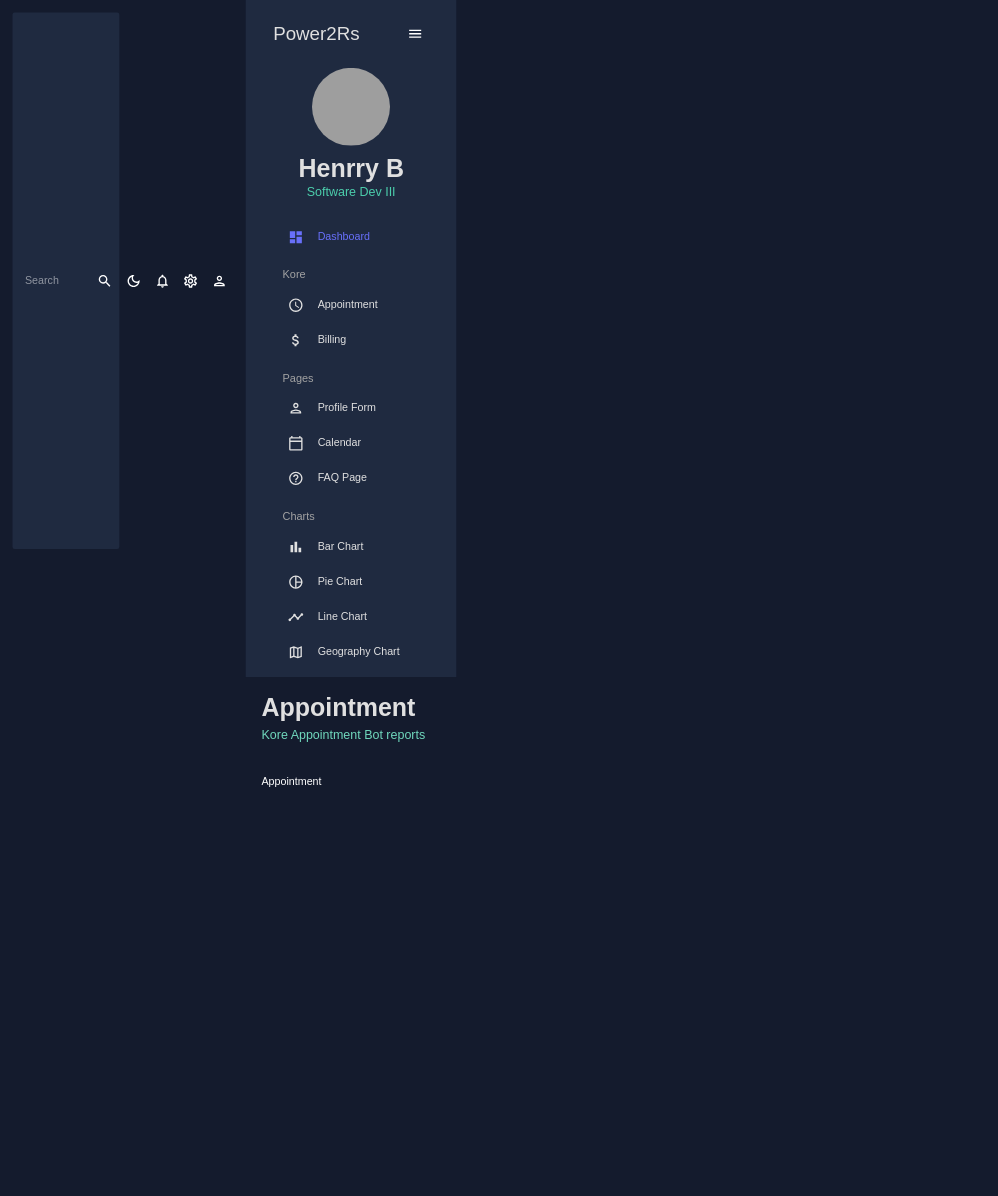
Repository: HenrryWith2Rs/reporthub
Page: /kore/appt (app in ui/)
The author's editor kept a copy of each file at every save. The page is drawn from the files as they stood at one save, then again after the next save.
The browser window is 1280 px wide. The pictures show the whole page, at 78% of full size.
Pictures or frames that could not be fetched are drawn as grey boxes. The project was rebuilt for these pictures with package versions that can differ from the ones it lists, and the page was loaded fresh each time. Also part of the build but not shown: ui/vite.config.ts, ui/src/data/mockData.ts, ui/src/components/LineChart.tsx, ui/src/data/mockGeoFeatures.ts, ui/src/components/GeographyChart.tsx, ui/src/data/dataParser.ts, ui/src/components/BarChart.tsx, ui/src/components/ProgressCircle.tsx and 7 more.

Above is the page before, as saved 2023-12-06 14:53:12.

### ui/src/App.tsx
import { Routes, Route } from 'react-router-dom';
import ThemeRegistry from './ThemeRegistry/ThemeRegistry';
import Topbar from './scenes/global/Topbar';
import Sidebar from './scenes/global/Sidebar';
import Dashboard from './scenes/dashboard';
import Appointment from './scenes/appointment';
import Bar from './scenes/bar';
import Pie from './scenes/pie';
import Line from './scenes/line';
import Geography from './scenes/geography';

function App() {
  return (
    <ThemeRegistry>
      <div className="app">
        <Topbar />
        <main className="content">
          <Sidebar />
          <Routes>
            <Route path="/" element={<Dashboard />} />
            <Route path="/kore/appt" element={<Appointment />} />
            <Route path="/bar" element={<Bar />} />
            <Route path="/pie" element={<Pie />} />
            <Route path="/line" element={<Line />} />
            <Route path="/geography" element={<Geography />} />
          </Routes>
        </main>
      </div>
    </ThemeRegistry>
  );
}

export default App;

### ui/src/index.css
@import url('https://fonts.googleapis.com/css2?family=Poppins:wght@300;400;500;600&family=Source+Code+Pro:wght@400;600;700&display=swap');

html,
body,
#root,
.app,
.content {
  height: 100%;
  width: 100%;
  font-family: 'Source Sans Pro', sans-serif;
}

.app {
  display: flex;
  position: relative;
}

::-webkit-scrollbar {
  width: 10px;
}

/* Track */
::-webkit-scrollbar-track {
  background: #e0e0e0;
}

/* Handle */
::-webkit-scrollbar-thumb {
  background: #888;
}

/* Handle on hover */
::-webkit-scrollbar-thumb:hover {
  background: #555;
}

### ui/src/ThemeRegistry/ThemeRegistry.tsx
import { ThemeProvider, CssBaseline } from '@mui/material';
import { ColorModeContext, useMode } from './theme';

export default function ThemeRegistry({
  children,
}: {
  children: React.ReactNode;
}) {
  const [theme, colorMode] = useMode();
  return (
    <ColorModeContext.Provider value={colorMode}>
      <ThemeProvider theme={theme}>
        {/* CssBaseline kickstart an elegant, consistent, and simple baseline to build upon. */}
        <CssBaseline />
        {children}
      </ThemeProvider>
    </ColorModeContext.Provider>
  );
}

### ui/src/scenes/global/Topbar.tsx
import { Box, IconButton, useTheme } from '@mui/material';
import { useContext } from 'react';
import { ColorModeContext, tokens } from '../../ThemeRegistry/theme';
import InputBase from '@mui/material/InputBase';
import LightModeOutlinedIcon from '@mui/icons-material/LightModeOutlined';
import DarkModeOutlinedIcon from '@mui/icons-material/DarkModeOutlined';
import NotificationsOutlinedIcon from '@mui/icons-material/NotificationsOutlined';
import SettingsOutlinedIcon from '@mui/icons-material/SettingsOutlined';
import PersonOutlinedIcon from '@mui/icons-material/PersonOutlined';
import SearchIcon from '@mui/icons-material/Search';

const Topbar = () => {
  const theme = useTheme();
  const colors = tokens(theme.palette.mode);
  const colorMode = useContext(ColorModeContext);

  return (
    <Box display="flex" justifyContent="space-between" p={2}>
      {/* SEARCH BAR */}
      <Box
        sx={{
          display: 'flex',
          backgroundColor: colors.primary[400],
          borderRadius: '3px',
        }}
      >
        <InputBase sx={{ ml: 2, flex: 1 }} placeholder="Search" />
        <IconButton type="button" sx={{ p: 1 }}>
          <SearchIcon />
        </IconButton>
      </Box>

      {/* ICONS */}
      <Box display="flex">
        <IconButton onClick={colorMode.toggleColorMode}>
          {theme.palette.mode === 'dark' ? (
            <DarkModeOutlinedIcon />
          ) : (
            <LightModeOutlinedIcon />
          )}
        </IconButton>
        <IconButton>
          <NotificationsOutlinedIcon />
        </IconButton>
        <IconButton>
          <SettingsOutlinedIcon />
        </IconButton>
        <IconButton>
          <PersonOutlinedIcon />
        </IconButton>
      </Box>
    </Box>
  );
};

export default Topbar;

### ui/src/scenes/global/Sidebar.tsx
import { useState } from 'react';
import { ProSidebar, Menu, MenuItem } from 'react-pro-sidebar';
import { Box, IconButton, Typography, useTheme } from '@mui/material';
import { Link } from 'react-router-dom';
import 'react-pro-sidebar/dist/css/styles.css';
import { tokens } from '../../ThemeRegistry/theme';
import DashboardIcon from '@mui/icons-material/Dashboard';
import AccessTimeIcon from '@mui/icons-material/AccessTime';
import AttachMoneyIcon from '@mui/icons-material/AttachMoney';

import PersonOutlinedIcon from '@mui/icons-material/PersonOutlined';
import CalendarTodayOutlinedIcon from '@mui/icons-material/CalendarTodayOutlined';
import HelpOutlineOutlinedIcon from '@mui/icons-material/HelpOutlineOutlined';
import BarChartOutlinedIcon from '@mui/icons-material/BarChartOutlined';
import PieChartOutlineOutlinedIcon from '@mui/icons-material/PieChartOutlineOutlined';
import TimelineOutlinedIcon from '@mui/icons-material/TimelineOutlined';
import MenuOutlinedIcon from '@mui/icons-material/MenuOutlined';
import MapOutlinedIcon from '@mui/icons-material/MapOutlined';

type ItemProps = {
  title: string;
  to: string;
  icon: JSX.Element;
  selected: string;
  setSelected: React.Dispatch<React.SetStateAction<string>>;
};

const Item: React.FC<ItemProps> = ({
  title,
  to,
  icon,
  selected,
  setSelected,
}) => {
  const theme = useTheme();
  const colors = tokens(theme.palette.mode);
  return (
    <MenuItem
      active={selected === title}
      style={{
        color: colors.grey[100],
      }}
      onClick={() => setSelected(title)}
      icon={icon}
    >
      <Typography>{title}</Typography>
      <Link to={to} />
    </MenuItem>
  );
};

const Sidebar = () => {
  const theme = useTheme();
  const colors = tokens(theme.palette.mode);
  const [isCollapsed, setIsCollapsed] = useState(false);
  const [selected, setSelected] = useState('Dashboard');

  return (
    <Box
      sx={{
        '& .pro-sidebar-inner': {
          background: `${colors.primary[400]} !important`,
        },
        '& .pro-icon-wrapper': {
          backgroundColor: 'transparent !important',
        },
        '& .pro-inner-item': {
          padding: '5px 35px 5px 20px !important',
        },
        '& .pro-inner-item:hover': {
          color: '#868dfb !important',
        },
        '& .pro-menu-item.active': {
          color: '#6870fa !important',
        },
      }}
    >
      <ProSidebar collapsed={isCollapsed}>
        <Menu iconShape="square">
          {/* LOGO AND MENU ICON */}
          <MenuItem
            onClick={() => setIsCollapsed(!isCollapsed)}
            icon={isCollapsed ? <MenuOutlinedIcon /> : undefined}
            style={{
              margin: '10px 0 20px 0',
              color: colors.grey[100],
            }}
          >
            {!isCollapsed && (
              <Box
                display="flex"
                justifyContent="space-between"
                alignItems="center"
                ml="15px"
              >
                <Typography variant="h3" color={colors.grey[100]}>
                  Power2Rs
                </Typography>
                <IconButton onClick={() => setIsCollapsed(!isCollapsed)}>
                  <MenuOutlinedIcon />
                </IconButton>
              </Box>
            )}
          </MenuItem>

          {!isCollapsed && (
            <Box mb="25px">
              <Box display="flex" justifyContent="center" alignItems="center">
                <img
                  alt="profile-user"
                  width="100px"
                  height="100px"
                  src={`../../assets/me.png`}
                  style={{ cursor: 'pointer', borderRadius: '50%' }}
                />
              </Box>
              <Box textAlign="center">
                <Typography
                  variant="h2"
                  color={colors.grey[100]}
                  fontWeight="bold"
                  sx={{ m: '10px 0 0 0' }}
                >
                  Henrry B
                </Typography>
                <Typography variant="h5" color={colors.greenAccent[500]}>
                  Software Dev III
                </Typography>
              </Box>
            </Box>
          )}

          <Box paddingLeft={isCollapsed ? undefined : '10%'}>
            <Item
              title="Dashboard"
              to="/"
              icon={<DashboardIcon />}
              selected={selected}
              setSelected={setSelected}
            />

            <Typography
              variant="h6"
              color={colors.grey[300]}
              sx={{ m: '15px 0 5px 20px' }}
            >
              Kore
            </Typography>
            <Item
              title="Appointment"
              to="/kore/appt"
              icon={<AccessTimeIcon />}
              selected={selected}
              setSelected={setSelected}
            />
            <Item
              title="Billing"
              to="/kore/bill"
              icon={<AttachMoneyIcon />}
              selected={selected}
              setSelected={setSelected}
            />

            <Typography
              variant="h6"
              color={colors.grey[300]}
              sx={{ m: '15px 0 5px 20px' }}
            >
              Pages
            </Typography>
            <Item
              title="Profile Form"
              to="/form"
              icon={<PersonOutlinedIcon />}
              selected={selected}
              setSelected={setSelected}
            />
            <Item
              title="Calendar"
              to="/calendar"
              icon={<CalendarTodayOutlinedIcon />}
              selected={selected}
              setSelected={setSelected}
            />
            <Item
              title="FAQ Page"
              to="/faq"
              icon={<HelpOutlineOutlinedIcon />}
              selected={selected}
              setSelected={setSelected}
            />

            <Typography
              variant="h6"
              color={colors.grey[300]}
              sx={{ m: '15px 0 5px 20px' }}
            >
              Charts
            </Typography>
            <Item
              title="Bar Chart"
              to="/bar"
              icon={<BarChartOutlinedIcon />}
              selected={selected}
              setSelected={setSelected}
            />
            <Item
              title="Pie Chart"
              to="/pie"
              icon={<PieChartOutlineOutlinedIcon />}
              selected={selected}
              setSelected={setSelected}
            />
            <Item
              title="Line Chart"
              to="/line"
              icon={<TimelineOutlinedIcon />}
              selected={selected}
              setSelected={setSelected}
            />
            <Item
              title="Geography Chart"
              to="/geography"
              icon={<MapOutlinedIcon />}
              selected={selected}
              setSelected={setSelected}
            />
          </Box>
        </Menu>
      </ProSidebar>
    </Box>
  );
};

export default Sidebar;

### ui/src/scenes/appointment/index.tsx
import { Box, useTheme } from '@mui/material';

import { tokens } from '../../ThemeRegistry/theme';
import Header from '../../components/Header';

const Appointment = () => {
  const theme = useTheme();
  const colors = tokens(theme.palette.mode);

  return (
    <Box m="20px">
      <Header title="Appointment" subtitle="Kore Appointment Bot reports" />
      <Box m="40px 0 0 0" height="75vh">
        Appointment
      </Box>
    </Box>
  );
};

export default Appointment;

### ui/src/ThemeRegistry/theme.ts
import { createContext, useState, useMemo } from 'react';
import { Theme, createTheme } from '@mui/material/styles';

type Mode = 'dark' | 'light';

// color design tokens export
export const tokens = (mode: Mode) => ({
  ...(mode === 'dark'
    ? {
        grey: {
          100: '#e0e0e0',
          200: '#c2c2c2',
          300: '#a3a3a3',
          400: '#858585',
          500: '#666666',
          600: '#525252',
          700: '#3d3d3d',
          800: '#292929',
          900: '#141414',
        },
        primary: {
          100: '#d0d1d5',
          200: '#a1a4ab',
          300: '#727681',
          400: '#1F2A40',
          500: '#141b2d',
          600: '#101624',
          700: '#0c101b',
          800: '#080b12',
          900: '#040509',
        },
        greenAccent: {
          100: '#dbf5ee',
          200: '#b7ebde',
          300: '#94e2cd',
          400: '#70d8bd',
          500: '#4cceac',
          600: '#3da58a',
          700: '#2e7c67',
          800: '#1e5245',
          900: '#0f2922',
        },
        redAccent: {
          100: '#f8dcdb',
          200: '#f1b9b7',
          300: '#e99592',
          400: '#e2726e',
          500: '#db4f4a',
          600: '#af3f3b',
          700: '#832f2c',
          800: '#58201e',
          900: '#2c100f',
        },
        blueAccent: {
          100: '#e1e2fe',
          200: '#c3c6fd',
          300: '#a4a9fc',
          400: '#868dfb',
          500: '#6870fa',
          600: '#535ac8',
          700: '#3e4396',
          800: '#2a2d64',
          900: '#151632',
        },
      }
    : {
        grey: {
          100: '#141414',
          200: '#292929',
          300: '#3d3d3d',
          400: '#525252',
          500: '#666666',
          600: '#858585',
          700: '#a3a3a3',
          800: '#c2c2c2',
          900: '#e0e0e0',
        },
        primary: {
          100: '#040509',
          200: '#080b12',
          300: '#0c101b',
          400: '#f2f0f0', // manually changed
          500: '#141b2d',
          600: '#1F2A40',
          700: '#727681',
          800: '#a1a4ab',
          900: '#d0d1d5',
        },
        greenAccent: {
          100: '#0f2922',
          200: '#1e5245',
          300: '#2e7c67',
          400: '#3da58a',
          500: '#4cceac',
          600: '#70d8bd',
          700: '#94e2cd',
          800: '#b7ebde',
          900: '#dbf5ee',
        },
        redAccent: {
          100: '#2c100f',
          200: '#58201e',
          300: '#832f2c',
          400: '#af3f3b',
          500: '#db4f4a',
          600: '#e2726e',
          700: '#e99592',
          800: '#f1b9b7',
          900: '#f8dcdb',
        },
        blueAccent: {
          100: '#151632',
          200: '#2a2d64',
          300: '#3e4396',
          400: '#535ac8',
          500: '#6870fa',
          600: '#868dfb',
          700: '#a4a9fc',
          800: '#c3c6fd',
          900: '#e1e2fe',
        },
      }),
});

// mui theme settings
export const themeSettings = (mode: Mode) => {
  const colors = tokens(mode);
  return {
    palette: {
      mode: mode,
      ...(mode === 'dark'
        ? {
            // palette values for dark mode
            primary: {
              main: colors.primary[500],
            },
            secondary: {
              main: colors.greenAccent[500],
            },
            neutral: {
              dark: colors.grey[700],
              main: colors.grey[500],
              light: colors.grey[100],
            },
            background: {
              default: colors.primary[500],
            },
          }
        : {
            // palette values for light mode
            primary: {
              main: colors.primary[100],
            },
            secondary: {
              main: colors.greenAccent[500],
            },
            neutral: {
              dark: colors.grey[700],
              main: colors.grey[500],
              light: colors.grey[100],
            },
            background: {
              default: '#fcfcfc',
            },
          }),
    },
    typography: {
      fontFamily: ['Source Sans Pro', 'sans-serif'].join(','),
      fontSize: 12,
      h1: {
        fontFamily: ['Source Sans Pro', 'sans-serif'].join(','),
        fontSize: 40,
      },
      h2: {
        fontFamily: ['Source Sans Pro', 'sans-serif'].join(','),
        fontSize: 32,
      },
      h3: {
        fontFamily: ['Source Sans Pro', 'sans-serif'].join(','),
        fontSize: 24,
      },
      h4: {
        fontFamily: ['Source Sans Pro', 'sans-serif'].join(','),
        fontSize: 20,
      },
      h5: {
        fontFamily: ['Source Sans Pro', 'sans-serif'].join(','),
        fontSize: 16,
      },
      h6: {
        fontFamily: ['Source Sans Pro', 'sans-serif'].join(','),
        fontSize: 14,
      },
    },
  };
};

// context for color mode
export const ColorModeContext = createContext({
  toggleColorMode: () => {},
});

export const useMode = (): [Theme, { toggleColorMode: () => void }] => {
  const [mode, setMode] = useState<Mode>('dark');

  const colorMode = useMemo(
    () => ({
      toggleColorMode: () =>
        setMode((prev) => (prev === 'light' ? 'dark' : 'light')),
    }),
    []
  );

  const theme = useMemo(() => createTheme(themeSettings(mode)), [mode]);
  return [theme, colorMode];
};

### ui/src/components/Header.tsx
import { Typography, Box, useTheme } from '@mui/material';
import { tokens } from '../ThemeRegistry/theme';

type HeaderProps = {
  title: string;
  subtitle: string;
};

const Header = ({ title, subtitle }: HeaderProps) => {
  const theme = useTheme();
  const colors = tokens(theme.palette.mode);
  return (
    <Box mb="30px">
      <Typography
        variant="h2"
        color={colors.grey[100]}
        fontWeight="bold"
        sx={{ m: '0 0 5px 0' }}
      >
        {title}
      </Typography>
      <Typography variant="h5" color={colors.greenAccent[400]}>
        {subtitle}
      </Typography>
    </Box>
  );
};

export default Header;

Loaded but not shown: ui/index.html (common file); ui/src/main.tsx (common file)

After the next save:
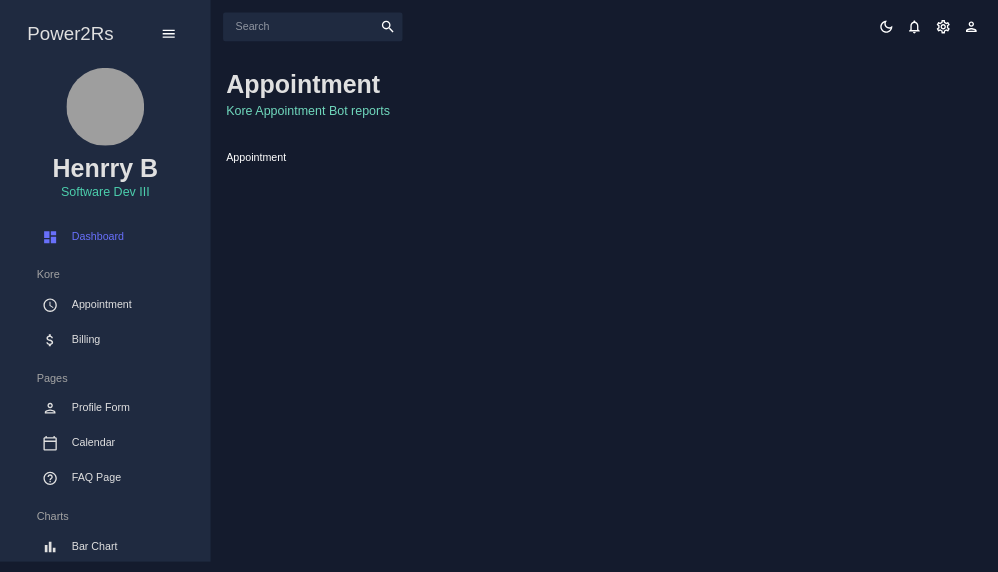
Saved 12 s later.
--- a/ui/src/App.tsx
+++ b/ui/src/App.tsx
@@ -13,9 +13,9 @@ function App() {
   return (
     <ThemeRegistry>
       <div className="app">
-        <Topbar />
+        <Sidebar />
         <main className="content">
-          <Sidebar />
+          <Topbar />
           <Routes>
             <Route path="/" element={<Dashboard />} />
             <Route path="/kore/appt" element={<Appointment />} />
